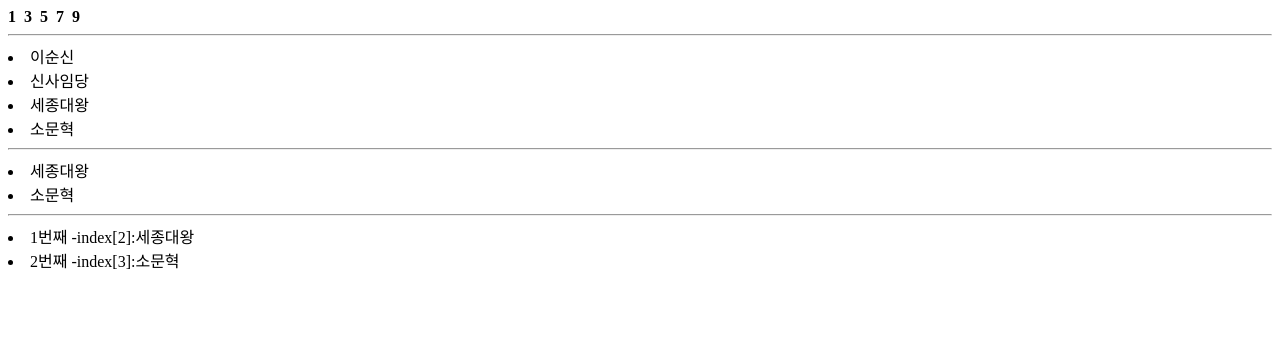
Repository: rumor1993/KH1
Page: http://localhost/JspProject/ch12/Expression_Language3/JSTL_core6.jsp
These files come from the project's save history. The page is drawn as it stood at one moment and after a run of saves; the edit follows.
The browser window is 1280 px wide. The pictures show the whole page.
The page is served by Tomcat 9.

Above is the page before, as saved 2018-05-03 07:05:42.

After the next 2 saves:
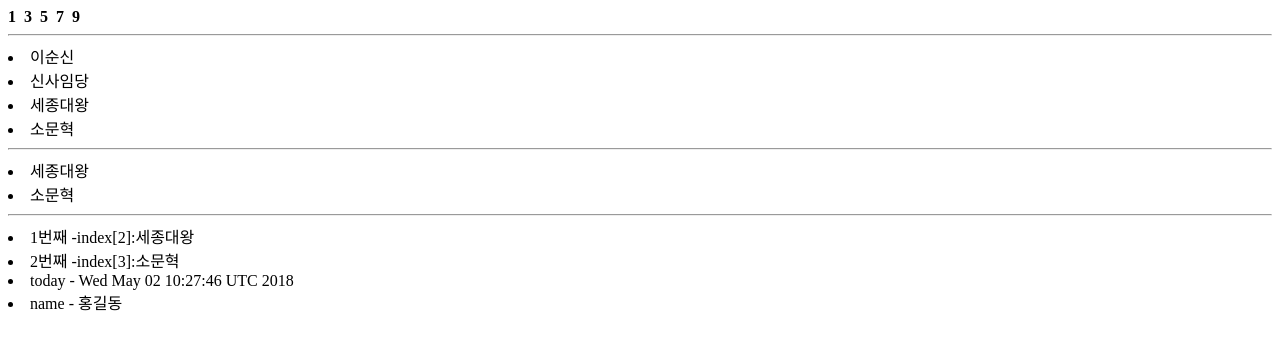
The 2 saves are shown as one change because 1 did not build or start.
The last was saved 9 min 37 s later.
--- a/JspProject/WebContent/ch12/Expression_Language3/JSTL_core6.jsp
+++ b/JspProject/WebContent/ch12/Expression_Language3/JSTL_core6.jsp
@@ -75,5 +75,16 @@
 	 <c:forEach var="name" items="${nameList }" begin="2" end="3" varStatus="status" >
 	 	<li>${status.count }번째 -index[${status.index }]:${name }</li>
 	 </c:forEach>
+
+	 <%
+	 	java.util.HashMap<String, Object> m = new java.util.HashMap<String, Object>();
+	 	m.put("name", "홍길동");
+	 	m.put("today",new java.util.Date());
+	 %>
+
+	 <c:set var="map" value="<%=m %>"/>
+	 <c:forEach var="data" items="${map }">
+	 	<li>${data.key } - ${data.value }
+	 </c:forEach>
 </body>
 </html>
